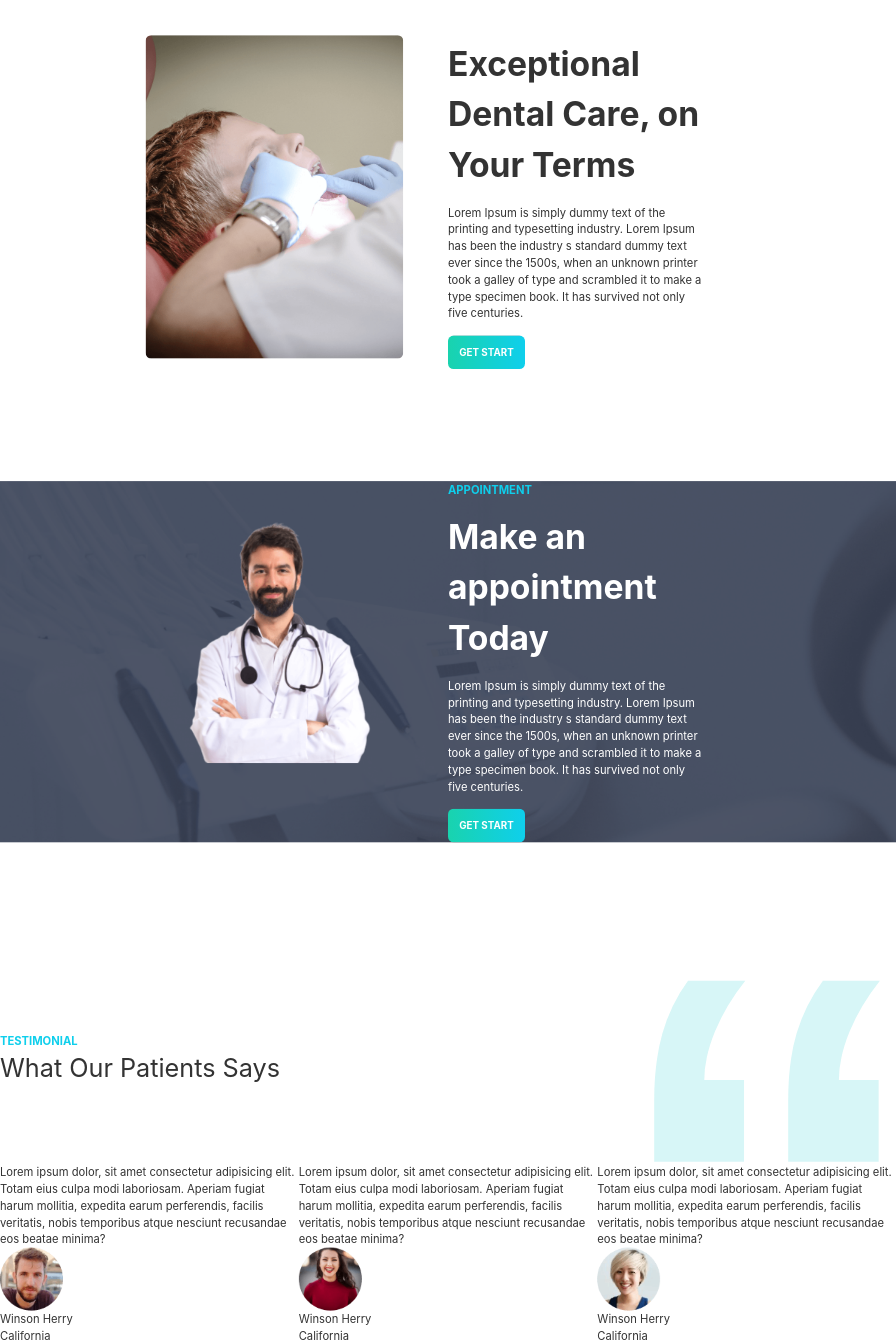
Repository: shikubro90/doctorsportal
Page: /
These files come from the project's save history. The page is drawn as it stood at one moment and after a run of saves; the edit follows.
The browser window is 1280 px wide. The pictures show the part of the page from y = 1756 to 3676 px (the page is 3676 px tall), at 70% of full size.
The project was rebuilt for these pictures with package versions that can differ from the ones it lists, and the page was loaded fresh each time. Also part of the build but not shown: src/App.css, src/Pages/About/About.jsx.

Above is the page before, as saved 2022-10-02 09:34:36.

### src/App.js
import { Route, Routes } from 'react-router-dom';
import './App.css';
import About from './Pages/About/About';
import Home from './Pages/Home/Home';
import Navbar from './Shared/Navbar';

function App() {
  return (
    <div className="App">
      <Navbar/>
      <Routes>
        <Route path='/' element={<Home/>}/>
        <Route path='/home' element={<Home/>}/>
        <Route path='/about' element={<About/>}/>
      </Routes>
    </div>
  );
}

export default App;

### src/Pages/Home/Home.jsx
import React from 'react'
import AppointmentSection from './AppointmentSection'
import Banner from './Banner'
import BasicInfo from './BasicInfo'
import ServiceSection from './ServiceSection'
import TestimonialSection from './TestimonialSection'

const Home = () => {
  return (
    <div>
      <Banner />
      <BasicInfo/>
      <ServiceSection/>
      <AppointmentSection/>
      <TestimonialSection/>
    </div>
  )
}

export default Home

### src/Shared/Navbar.jsx
import React from 'react'
import { Link } from 'react-router-dom'

const Navbar = () => {
  return (
    <div className="px-20">
      <div className="navbar bg-base-100">
        <div className="navbar-start">
          <div className="dropdown">
            <label tabIndex={0} className="btn btn-ghost lg:hidden">
              <svg
                xmlns="http://www.w3.org/2000/svg"
                className="h-5 w-5"
                fill="none"
                viewBox="0 0 24 24"
                stroke="currentColor"
              >
                <path
                  strokeLinecap="round"
                  strokeLinejoin="round"
                  strokeWidth="2"
                  d="M4 6h16M4 12h8m-8 6h16"
                />
              </svg>
            </label>
            <ul
              tabIndex={0}
              className="menu menu-compact dropdown-content mt-3 p-2 shadow bg-base-100 rounded-box w-52"
            >
              <li>
                <Link to="/home">Home</Link>
              </li>
              <li>
                <Link to="/about">About</Link>
              </li>
              <li>
                <Link to="/appointment">Appointment</Link>
              </li>
              <li>
                <Link to="/review">Reviews</Link>
              </li>
              <li>
                <Link to="/contact">Contact Us</Link>
              </li>
              <li>
                <Link to="/contact">Login</Link>
              </li>
            </ul>
          </div>
          <Link to="/" className='btn btn-ghost normal-case text-xl'>Doctors Portal</Link>
        </div>

        <div className="navbar-center hidden lg:flex">

          <ul className="menu menu-horizontal p-0 pl-20">
            <li>
              <Link to="/home">Home</Link>
            </li>
            <li>
              <Link to="/about">About</Link>
            </li>
            <li>
              <Link to="/appointment">Appointment</Link>
            </li>
            <li>
              <Link to="/review">Reviews</Link>
            </li>
            <li>
              <Link to="/contact">Contact Us</Link>
            </li>
            <li>
              <Link to="/contact">Login</Link>
            </li>
          </ul>

        </div>

      </div>

    </div>
  )
}

export default Navbar

### src/Pages/Home/AppointmentSection.jsx
import React from 'react'
import AppointmentCard from './AppointmentCard'

import { appointment } from '../../assets/resourse/Resourse.js'

const AppointmentSection = () => {
  return (
    <div>
      {appointment.map(
        ({ id, image, title, desc, style, button_text, shortTitle }) => {
          return (
            <AppointmentCard
              key={id}
              image={image}
              title={title}
              desc={desc}
              style={style}
              button_text={button_text}
              shortTitle={shortTitle}
            />
          )
        },
      )}
    </div>
  )
}

export default AppointmentSection

### src/Pages/Home/Banner.jsx
import React from 'react'
import heroImage from '../../assets/images/chair.png'
import ButtonPrimary from '../../Shared/ButtonPrimary'
import bg from '../../assets/images/bg.png'

function Banner() {
  return (
    <div>
      <div
        className="hero min-h-screen"
        style={{ background: `url(${bg})`, backgroundSize: 'cover' }}
      >
        <div className="hero-content flex flex-col lg:flex-row-reverse">
          <img
            src={heroImage}
            className="max-w-lg rounded-lg shadow-2xl"
            alt="bannerImage"
          />
          <div className="px-6">
            <h1 className="text-5xl font-bold uppercase">
              Your New Smile Starts Here
            </h1>
            <p className="py-6 ">
              Provident cupiditate voluptatem et in. Quaerat fugiat ut assumenda
              excepturi exercitationem quasi. In deleniti eaque aut repudiandae
              et a id nisi.
            </p>
            <ButtonPrimary>{'Get Started'}</ButtonPrimary>
          </div>
        </div>
      </div>
    </div>
  )
}

export default Banner

### src/Pages/Home/BasicInfo.jsx
import MiniCard from './MiniCard'
import { miniCard } from '../../assets/resourse/Resourse.js'

const BasicInfo = () => {
  return (
    <div className="flex items-center justify-center gap-5 px-5">
      {miniCard.map(({ id, icon, title, style, disc }) => {
        return (
          <MiniCard
            key={id}
            icon={icon}
            title={title}
            style={style}
            disc={disc}
          />
        )
      })}
    </div>
  )
}

export default BasicInfo

### src/Pages/Home/ServiceSection.jsx
import MiniServiceCard from './MiniServiceCard'
import { serviceMiniCard } from '../../assets/resourse/Resourse'

const ServiceSection = () => {
  return (
    <div className="serviceWrapp pt-40">
      <div className="flex items-center justify-center flex-col">
        <p className="text-primary font-bold uppercase">Our Service</p>
        <h2 className="text-3xl my-5">Service We Provide</h2>
      </div>
      <div className="flex items-center justify-center px-5 gap-5">
        {serviceMiniCard.map(({ id, icon, title, disc, style }) => {
          return (
            <MiniServiceCard
              key={id}
              icon={icon}
              title={title}
              disc={disc}
              style={style}
            />
          )
        })}
      </div>
    </div>
  )
}

export default ServiceSection

### src/Pages/Home/TestimonialSection.jsx
import React from 'react'
import TestimonialCard from './TestimonialCard'
import quote from '../../assets/icons/quote.svg'
import { testimonial } from '../../assets/resourse/Resourse.js'

const TestimonialSection = () => {
  return (
    <div className="testimonial">
      <div className="testimonialWrap">
        <div className="content">
          <div className="header flex items-center justify-between">
            <div className="header_left">
              <div className="shortTitle uppercase text-primary font-bold">
                Testimonial
              </div>
              <div className="text-[36px]">What Our Patients Says</div>
            </div>
            <div className="header_right">
              <img src={quote} alt="quote" />
            </div>
          </div>
          <div className="body flex">
            {testimonial.map(({ id, title, image, name, country, desc }) => {
              return (
                <TestimonialCard
                  key={id}
                  title={title}
                  image={image}
                  name={name}
                  country={country}
                  desc={desc}
                />
              )
            })}
          </div>
        </div>
      </div>
    </div>
  )
}

export default TestimonialSection

### src/Pages/Home/AppointmentCard.jsx
import ButtonPrimary from '../../Shared/ButtonPrimary'


const AppointmentCard = (props) => {

  const { image, title, desc, style, button_text, shortTitle } = props

  return (
    <section className={`my-[160px]`} style={{background: `url(${style})`}}>
      <div className={`wrapper flex items-center px-52 ${style}`}>
        <div className="image flex-1">
          <img className={`rounded-lg ${style && "mt-[-60px]"}`} src={image} alt="bannerImage" />
        </div>
        <div className="details flex-1 flex justify-center flex-col px-16 gap-5">
          <div className="shortTitle uppercase text-primary font-bold">{shortTitle}</div>
          <div className={`title font-bold text-[48px] ${style && "text-white"}`}>{title}</div>
          <div className={`desc ${style && "text-white"}`}>{desc}</div>
          <ButtonPrimary>{button_text}</ButtonPrimary>
        </div>
      </div>
    </section>
  )
}

export default AppointmentCard

### src/assets/resourse/Resourse.js
import clock from '../icons/clock.svg'
import marker from '../icons/marker.svg'
import phone from '../icons/phone.svg'

import cavity from '../images/cavity.png'
import fluorid from '../images/fluoride.png'
import whitening from '../images/whitening.png'

import doctor from '../images/doctor-small.png'
import treatment from '../images/treatment.png'

import bgImage from '../images/appointment.png'


import people1 from '../images/people1.png'
import people2 from '../images/people2.png'
import people3 from '../images/people3.png'

export const miniCard = [
  {
    id: 0,
    icon: clock,
    title: 'Opening Hours',
    disc: 'Lorem Ipsum is simply dummy text of the pri',
    style: 'bg-gradient-to-r from-secondary to-primary text-white',
  },

  {
    id: 1,
    icon: marker,
    title: 'Visit our location',
    disc: 'Lorem Ipsum is simply dummy text of the pri',
    style: 'bg-[#3A4256] text-white',
  },

  {
    id: 2,
    icon: phone,
    title: 'Contact us now',
    disc: 'Lorem Ipsum is simply dummy text of the pri',
    style: 'bg-gradient-to-r from-secondary to-primary text-white',
  },
]

export const serviceMiniCard = [
  {
    id: 0,
    icon: cavity,
    title: 'Fluoride Treatment',
    disc:
      'Lorem Ipsum is simply dummy printing and typesetting indust Ipsum has been the',
    style: '',
  },
  {
    id: 1,
    icon: fluorid,
    title: 'Cavity Filling',
    disc:
      'Lorem Ipsum is simply dummy printing and typesetting indust Ipsum has been the',
    style: '',
  },
  {
    id: 2,
    icon: whitening,
    title: 'Teeth Whitening',
    disc:
      'Lorem Ipsum is simply dummy printing and typesetting indust Ipsum has been the',
    style: '',
  },
]

export const appointment = [
  {
    id: 0,
    image: treatment,
    title: 'Exceptional Dental Care, on Your Terms',
    desc:
      'Lorem Ipsum is simply dummy text of the printing and typesetting industry. Lorem Ipsum has been the industry s standard dummy text ever since the 1500s, when an unknown printer took a galley of type and scrambled it to make a type specimen book. It has survived not only five centuries.',
    button_text: 'Get Start',
    style: '',
  },
  {
    id: 1,
    image: doctor,
    shortTitle: 'Appointment',
    title: 'Make an appointment Today',
    desc:
      'Lorem Ipsum is simply dummy text of the printing and typesetting industry. Lorem Ipsum has been the industry s standard dummy text ever since the 1500s, when an unknown printer took a galley of type and scrambled it to make a type specimen book. It has survived not only five centuries.',
    button_text: 'Get Start',
    style: bgImage,
  },
]

export const testimonial = [
    {
        id : 0,
        desc : "Lorem ipsum dolor, sit amet consectetur adipisicing elit. Totam eius culpa modi laboriosam. Aperiam fugiat harum mollitia, expedita earum perferendis, facilis veritatis, nobis temporibus atque nesciunt recusandae eos beatae minima?",
        image : people1,
        name : "Winson Herry",
        country : "California"
    },
    {
        id : 1,
        desc : "Lorem ipsum dolor, sit amet consectetur adipisicing elit. Totam eius culpa modi laboriosam. Aperiam fugiat harum mollitia, expedita earum perferendis, facilis veritatis, nobis temporibus atque nesciunt recusandae eos beatae minima?",
        image : people2,
        name : "Winson Herry",
        country : "California"
    },
    {
        id : 2,
        desc : "Lorem ipsum dolor, sit amet consectetur adipisicing elit. Totam eius culpa modi laboriosam. Aperiam fugiat harum mollitia, expedita earum perferendis, facilis veritatis, nobis temporibus atque nesciunt recusandae eos beatae minima?",
        image : people3,
        name : "Winson Herry",
        country : "California"
    },
]

### src/Shared/ButtonPrimary.jsx
function ButtonPrimary({ children }) {

  return (
    <div>
      <button className={`btn bg-gradient-to-r from-secondary to-primary border-none font-bold text-white`}>
        {children}
      </button>
    </div>
  )
}

export default ButtonPrimary

### src/Pages/Home/MiniCard.jsx
const MiniCard = (props) => {
  const { icon, title, style, disc } = props
  return (
    <div
      className={`card card-side bg-base-100 shadow-xl flex items-center justify-center px-4 ${style}`}
    >
      <div className="">
        <img src={icon} alt="icon" />
      </div>
      <div className="card-body">
        <h2 className="card-title">{title}</h2>
        <p>{disc}</p>
      </div>
    </div>
  )
}

export default MiniCard

### src/Pages/Home/MiniServiceCard.jsx
const MiniServiceCard = (props) => {
  const { icon, title, disc } = props
  return (
    <div className="cardWrapper flex flex-col items-center justify-center p-6 py-20  gap-5 shadow-lg rounded-lg">
      <div className="icon">
        <img src={icon} alt="" />
      </div>
      <div className="title">{title}</div>
      <div className="desc text-center px-16">{disc}</div>
    </div>
  )
}

export default MiniServiceCard

### src/Pages/Home/TestimonialCard.jsx
import React from 'react'

const TestimonialCard = (props) => {
    const {desc,image, name, country} = props
  return (
    <div className='mainCard'>
        <div className="CardBody flex flex-col">
            <div className="desc">
                <p>{desc}</p>
            </div>
            <div className="bio">
                <img src={image} alt="" />
                <div className="info">
                    <h4>{name}</h4>
                    <p>{country}</p>
                </div>
            </div>
        </div>
    </div>
  )
}

export default TestimonialCard

### tailwind.config.js
/** @type {import('tailwindcss').Config} */

module.exports = {
  content: ['./src/**/*.{js,jsx,ts,tsx}'],
  theme: {},
  daisyui: {
    themes: [
      {
        doctorstheme: {
          primary: '#0FCFEC',
          secondary: '#19D3AE',
          accent: '#3A4256',
          neutral: '#3d4451',
          'base-100': '#ffffff',
        },
      },
      'light',
      'cupcake',
    ],
  },
  plugins: [require('daisyui')],
}

Loaded but not shown: public/index.html (common file); src/index.js (common file); src/index.css (common file); src/reportWebVitals.js (common file)

After the next 4 saves:
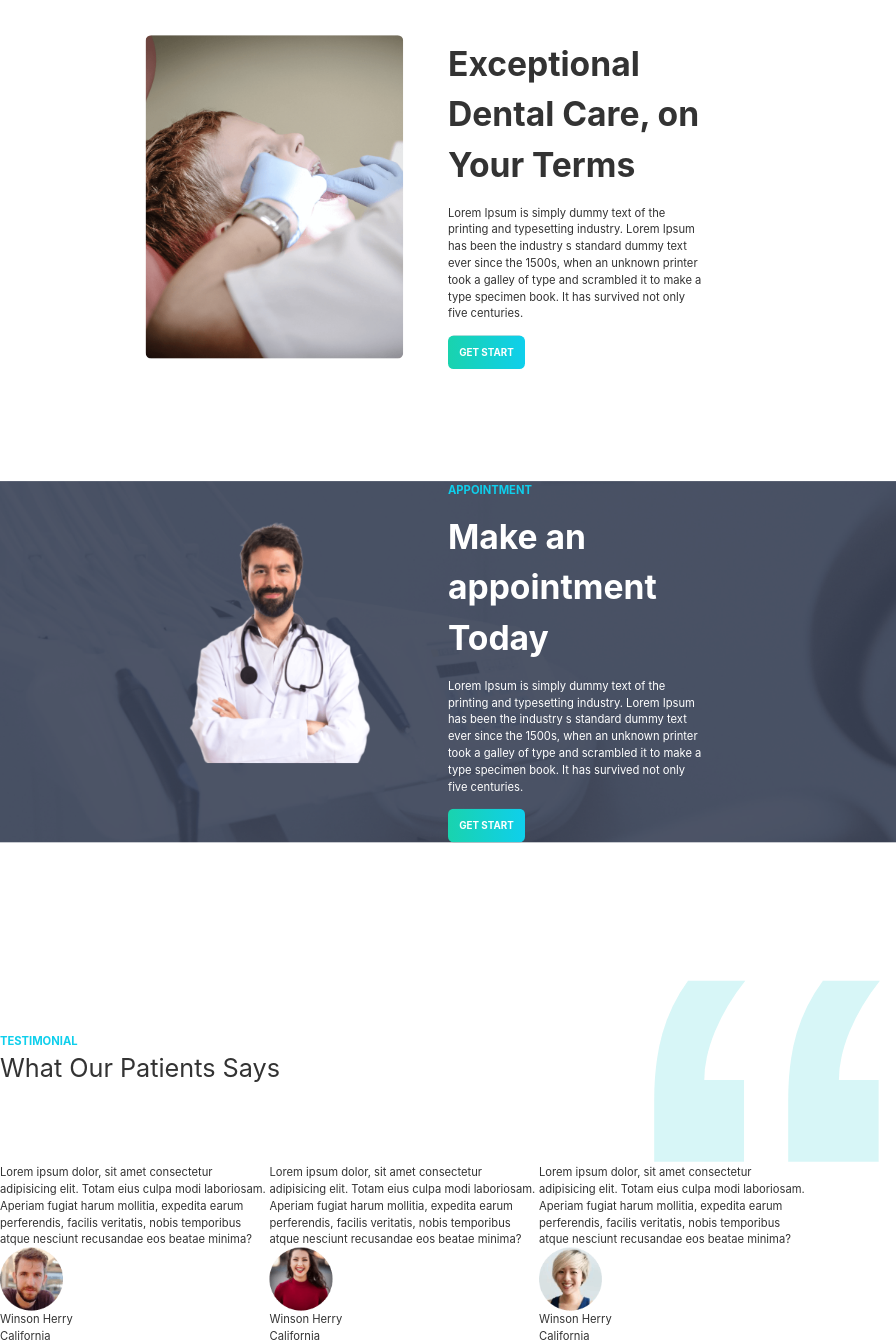
The 4 saves are shown as one change because they came seconds apart.
The last was saved 12 s later.
--- a/src/Pages/Home/TestimonialCard.jsx
+++ b/src/Pages/Home/TestimonialCard.jsx
@@ -3,7 +3,7 @@ import React from 'react'
 const TestimonialCard = (props) => {
     const {desc,image, name, country} = props
   return (
-    <div className='mainCard'>
+    <div className='mainCard w-[385px]'>
         <div className="CardBody flex flex-col">
             <div className="desc">
                 <p>{desc}</p>
